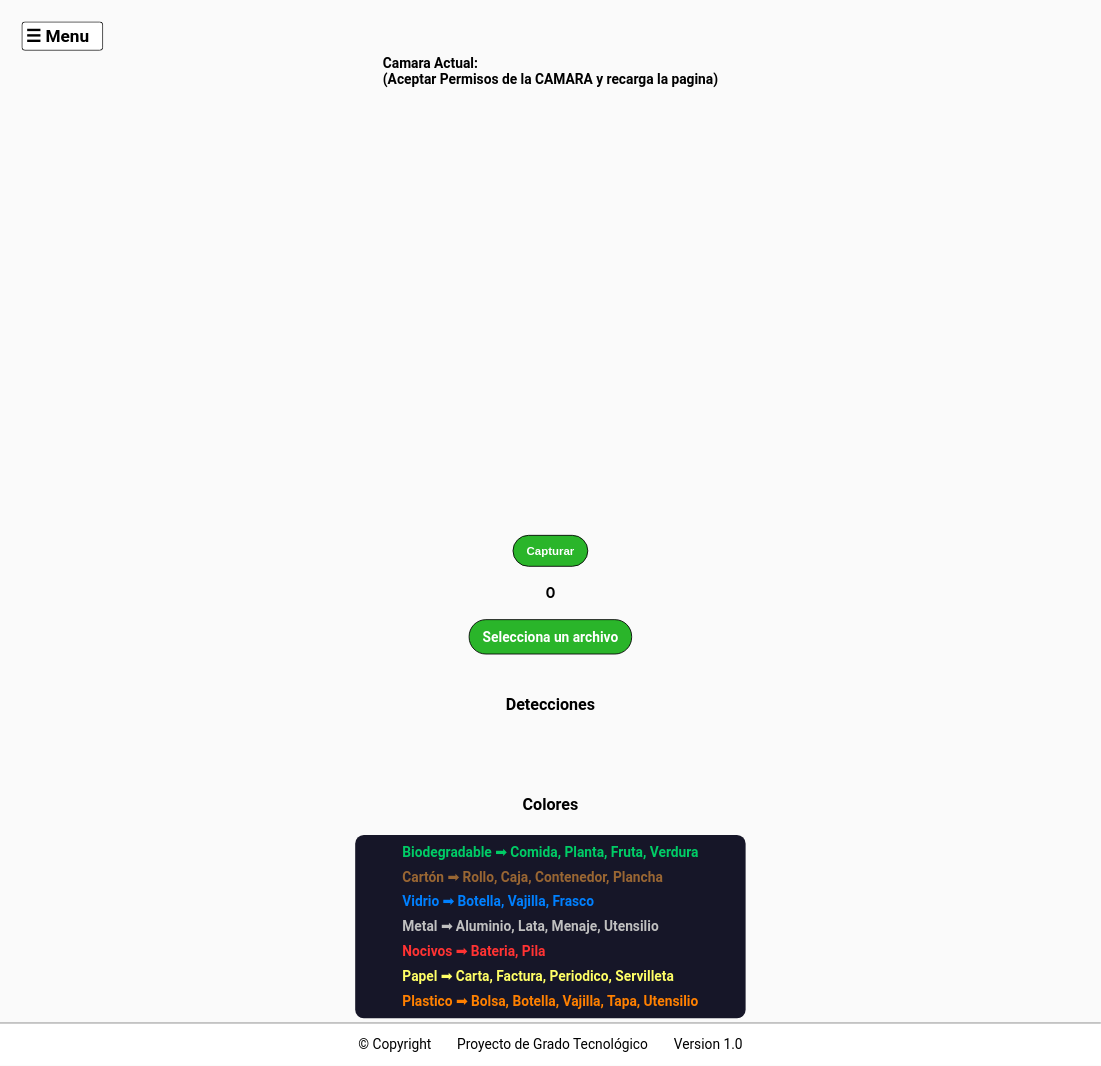
Repository: castecabas/Recicladora
Page: http://localhost/model
These files come from the project's save history. The page is drawn as it stood at one moment and after the next save; the edit follows.
The browser window is 1280 px wide. The pictures show the whole page, at 86% of full size.
Pictures or frames that could not be fetched are drawn as grey boxes. The page is served by the project's application, run on Flask 3 (src/index.py). Other server files are loaded and not shown.

Above is the page before, as saved 2024-12-28 13:27:57.

### src/templates/model.html
<!DOCTYPE html>
<html lang="en">

<head>
    <meta charset="UTF-8">
    <meta name="viewport" content="width=device-width, initial-scale=1.0">
    <title>Clasificador</title>
    <link rel="stylesheet" href="{{ url_for('static', filename='css/model.css') }}">
    <link rel="shortcut icon" href="https://i.postimg.cc/gk7MpWkm/logo.webp" />
</head>

<body>
    <span class="btn_openmenu" onclick="openNav()">&#9776; Menu</span><br><br>
    <nav class="aside" id="aside">
        <div class="overlay"></div>
        <img class="aside_logo" src="https://i.postimg.cc/gk7MpWkm/logo.webp" alt="Logo de la Empresa">
        <h1 style="text-decoration: underline;">Opciones</h1>

        <label for="confidenceThreshold">
            <span class="tooltip-container">
                <img class="logo_x"
                    src="https://images.vexels.com/media/users/3/152347/isolated/preview/27304b9b14ce9bd8a28ca637ed92070e-icono-de-signo-de-interrogacion-de-circulo-azul.png"
                    alt="Simbolo de Ayuda">
                <span class="tooltip-text">Es la probabilidad que determina en las predicciones,si es alto es más
                    confiable, aunque puede omitir objetos al no cumplir dicho porcentaje. Si es bajo, será menos
                    confiable, pero detectará aún más.</span>
            </span>
            Umbral de Confianza:
        </label>
        <input type="range" id="confidenceThreshold" min="0.1" max="0.9" step="0.01" value="0.5">
        <span id="confidenceValue" style="color: white;">0.5</span>

        <label for="SwitchCamera">Camara</label>
        <button id="switchCameraBtn">Cambiar de dispositivo</button>
        </a>
        <label class="nav-link-aside" for="darkModeToggle"><input type="checkbox" class="btn_darkmode"
                id="darkModeToggle" hidden>
            Modo Oscuro</label>
        <br>
        <a href="javascript:void(0)" class="closebtn" onclick="closeNav()">Cerrar Menú</a>
        <a href="{{ url_for('index') }}" class="nav-link">Ir a Inicio</a>
    </nav>

    <div class="container">
        <main>
            <div>
                <div>
                    <p>Camara Actual: <span id="currentCamera"></span><br>
                        (Aceptar Permisos de la CAMARA y recarga la pagina)</p>
                    <video id="video" width="640" height="480" autoplay></video><br>
                    <button id="captureBtn">Capturar</button>
                    <p>O</p>
                    <input type="file" id="fileInput" hidden accept="image/*,video/*">
                    <label for="fileInput" id="fileinputlabel">Selecciona un archivo</label>
                </div>
                <br>
                <img id="resultImage">
            </div>
            <canvas id="canvas" width="640" height="480" style="display:none;"></canvas>
            <div>
                <h3>Detecciones</h3>
                <ul id="detectionsList"></ul>
            </div>
            <div class="colors">
                <h3>Colores</h3>
                <ul>
                    <li class="bio">Biodegradable &#10143; Comida, Planta, Fruta, Verdura</li>
                    <li class="cardb">Cartón &#10143; Rollo, Caja, Contenedor, Plancha</li>
                    <li class="glass">Vidrio &#10143; Botella, Vajilla, Frasco</li>
                    <li class="metal">Metal &#10143; Aluminio, Lata, Menaje, Utensilio</li>
                    <li class="noxios">Nocivos &#10143; Bateria, Pila</li>
                    <li class="paper">Papel &#10143; Carta, Factura, Periodico, Servilleta</li>
                    <li class="plastic">Plastico &#10143; Bolsa, Botella, Vajilla, Tapa, Utensilio</li>
                </ul>
            </div>
        </main>
        {% include 'components/footer.html' %}
    </div>
    <script src="{{ url_for('static', filename='js/model.js') }}"></script>
    <script src="{{ url_for('static', filename='js/dark_mode.js') }}"></script>
</body>

</html>

### src/templates/components/footer.html
<footer class="footer">
    <style>
        .footer {
            width: 100%;
            background-color: white;
            text-align: center;
            padding: 15px;
            box-sizing: border-box;
            position: relative;
            bottom: 0;
            font-family: 'Roboto', sans-serif;
            border-top: 1px solid gray;
            margin-top: auto;
        }

        .footer ul {
            list-style: none;
            padding: 0;
            margin: 0;
            display: flex;
            flex-direction: column;
            align-items: center;
        }

        .footer ul li {
            text-decoration: none;
            margin: 5px 0;
        }

        @media (min-width: 600px) {
            .footer ul {
                flex-direction: row;
                justify-content: center;
            }

            .footer ul li {
                margin: 0 15px;
            }
        }

        /* MODO OSCURO */
        body.dark-mode footer{
            background: rgb(29, 0, 28);
            background: linear-gradient(90deg, rgba(29, 0, 28, 1) 0%, rgba(11, 0, 34, 1) 8%, rgba(0, 0, 22, 1) 100%);
            border-top: 1px solid #686868;
            transition: all 0.3s ease-in;
        }

        body.dark-mode footer li{
            color: white;
        }
    </style>

    <ul>
        <li>© Copyright</li>
        <li>Proyecto de Grado Tecnológico</li>
        <li>Version 1.0</li>
    </ul>

</footer>

### src/index.py
from flask import Flask, render_template, Response, request, jsonify
from yolo_model import YOLOModel
from camera import Camera
import cv2
import numpy as np
import base64

app = Flask(__name__)

yolo_model = YOLOModel('src/model/best.pt')
camera = Camera()

# RUTAS
@app.route('/')
@app.route('/home')
@app.route('/index')
def index():
    return render_template('index.html')

@app.route('/about')
def about():
    return render_template('about.html')

@app.route('/learn')
def learn():
    return render_template('learn.html')

@app.route('/model')
def model():
    return render_template('model.html')

@app.route('/news')
def news():
    return render_template('news.html')

@app.route('/recycle')
def recycle():
    return render_template('recycle.html')

# FUNCIONES

    #NOTE: obtener las camaras
@app.route('/get_cameras')
def get_cameras():
    return jsonify(camera.get_camera_list())

    #NOTE: cambiar camara
@app.route('/switch_camera/<int:camera_id>')
def switch_camera(camera_id):
    camera.select_camera(camera_id)
    return "OK"

    #NOTE: detectar dicha imagen
@app.route('/detect', methods=['POST'])
def detect():
    try:
        if 'file' not in request.files:
            return jsonify({'error': 'No file part'}), 400

        file = request.files['file']
        confidence = float(request.form.get('confidence', 0.25))

        # Lee la imagen del archivo
        npimg = np.fromfile(file, np.uint8)
        img = cv2.imdecode(npimg, cv2.IMREAD_COLOR)

        # Detecta objetos usando el modelo YOLO
        results = yolo_model.detect(img, conf_threshold=confidence)
        if results is None:
            return jsonify({'error': 'No detections returned from model'}), 500

        # Dibuja los cuadros de detección en la imagen
        processed_img = yolo_model.draw_boxes(img, results)

        # Codifica la imagen procesada en base64 para enviar al cliente
        _, buffer = cv2.imencode('.jpg', processed_img)
        img_base64 = base64.b64encode(buffer).decode('utf-8')

        return jsonify({
            'image': f'data:[embedded picture, 35 characters]',
            'detections': results
        })
    except Exception as e:
        print(f"Error during detection: {e}")
        return jsonify({'error': str(e)}), 500

# EJECUCION
if __name__ == '__main__':
    app.run(debug=True)

### src/static/css/model.css
html,
body {

    margin: 0;
    padding: 0;
    font-family: 'Roboto', sans-serif;
    background-color: #fafafa;
    display: flex;
    flex-direction: column;
    min-height: 100vh;
    transition: all 0.5s ease;
}

main {
    max-height: auto;
}

.btn_openmenu {
    font-size: 20px;
    cursor: pointer;
    position: fixed;
    background-color: white;
    border-radius: 4px;
    border: 1px solid black;
    margin: 25px;
    padding: 4px;
    padding-right: 15px;
    z-index: 100;
    font-weight: 600;
}

.btn_openmenu:hover {
    background-color: rgb(209, 209, 209);
}

.container {
    display: flex;
    flex-direction: column;
    min-height: 100vh;
    width: 100%;
    /* Asegura que ocupe todo el ancho */
    align-items: center;
    margin: 0;
    box-sizing: border-box;
}

main div {
    display: flex;
    flex-direction: column;
    align-items: center;
    justify-content: center;
    flex-grow: 1;
    width: 100%;
    max-width: 800px;
    box-sizing: border-box;
}

main div * {
    padding: 5px;
}

main div p {
    font-weight: bold;
}

main div #video {
    border-radius: 20px;
    max-width: 640px;
    width: 100%;
    max-height: 700px;
    aspect-ratio: 4/3;
    padding: 0;
}

main div #resultImage {
    border-radius: 20px;
    max-width: 640px;
    width: 100%;
    max-height: 740px;
    padding: 0;
    border: 0px;
    box-shadow: 10px 10px 15px rgba(0, 0, 0, 0.5);
}

@media(max-width:638px) {
    main div #resultImage {
        border-radius: 0;
        box-shadow: none;
    }

}

main div #captureBtn,
main div #fileinputlabel {
    border-radius: 20px;
    background-color: #2AB52A;
    color: white;
    font-weight: bold;
    padding: 10px 15px 10px 15px;
    border: 1px solid black;
}

main div #captureBtn:hover,
main div #fileInput:hover {
    background-color: #219121;
}

main div ul#detectionsList {
    overflow-y: auto;
    max-height: 200px;
    width: 90vw;
    max-width: 634px;

}

main div ul#detectionsList li {
    font-size: large;
}


.aside {
    background: url(https://i.postimg.cc/8kbKKzK0/model-aside.webp);
    background-repeat: no-repeat;
    background-size: cover;
    height: 100%;
    width: 0;
    position: fixed;
    z-index: 100;
    top: 0;
    left: 0;
    background-color: #111;
    overflow-x: hidden;
    transition: 0.5s;
    justify-content: center;
    color: white;
    display: flex;
    flex-direction: column;
    text-align: center;
    align-items: center;
}

.aside * {
    margin: 5px 20px 5px 20px;
    font-weight: bold;
    z-index: 102;
    padding: 8px;
    color: #31ca31;
}

.aside .overlay {
    position: absolute;
    margin: 0;
    top: 0;
    left: 0;
    right: 0;
    bottom: 0;
    background-color: rgba(0, 0, 0, 0.55);
    z-index: 101;
}

.aside img.aside_logo {
    aspect-ratio: 1/1;
    max-width: 100px;
}

@media(max-height:850px) {
    .aside img.aside_logo {
        display: none;
    }
}


.aside h1 {
    color: #2AB52A;

}

.aside .closebtn {
    text-decoration: none;
    color: white;
    border-radius: 4px;
    background-color: #206BCE;
    padding: 10px 15px 10px 15px;
    border: 1px solid black;
    width: 134px;
}

.aside .closebtn:hover {
    background-color: #1a58a8;
}

.aside .logo_x {
    position: relative;
    padding-left: 0px;
    margin: 0px;
    aspect-ratio: 1/1;
    height: 20px;
    cursor: pointer;
}


/* Estilos del contenedor del tooltip */
.tooltip-container {
    position: relative;
    display: inline-block;
    padding: 0;
    margin: 0;
}

/* Ocultar el tooltip por defecto */
.tooltip-text {
    opacity: 0;
    /* Oculto por defecto */
    width: 135px;
    background-color: #2ea664;
    color: #f5f6fc;
    text-align: center;
    font-size: small;
    padding: 5px;
    border-radius: 5px;
    position: absolute;
    top: -120px;
    /* Ajusta la posición para que esté sobre la imagen */
    left: 50%;
    transform: translateX(-25%);
    transition: opacity 0.3s ease-in-out;

    /* Transición suave */
    z-index: 9000;
}

/* Flecha del tooltip */
.tooltip-text::after {
    content: "";
    position: absolute;
    bottom: -5px;
    /* Flecha debajo del tooltip */
    left: 50%;
    transform: translateX(-50%);
    border-width: 5px;
    border-style: solid;
    border-color: #333 transparent transparent transparent;
}

/* Mostrar el tooltip al pasar el ratón sobre la imagen */
.tooltip-container:active .tooltip-text,
.tooltip-container:hover .tooltip-text {
    opacity: 1;
    animation: hideTooltip 18s forwards;
    /* Inicia la animación para ocultarlo después de 3 segundos */
}

/* Animación para ocultar el tooltip */
@keyframes hideTooltip {
    0% {
        opacity: 1;
    }

    90% {
        opacity: 1;
    }

    100% {
        opacity: 0;
    }
}


.aside #confidenceThreshold {
    accent-color: #2AB52A;
    background-color: white;
}


.aside .colors li {
    list-style: none;
}


.aside #switchCameraBtn {
    border-radius: 4px;
    background-color: #2AB52A;
    color: white;
    border: 1px solid black;
}

.aside #switchCameraBtn:hover {
    background-color: #219121;
}

.aside .nav-link,
.aside .nav-link-aside {
    text-decoration: none;
    color: white;
    background-color: #206BCE;
    border-radius: 4px;
    max-width: 75vw;
    padding: 10px 15px 10px 15px;
    border: 1px solid black;
    width: 134px;
    font-size: large;
}

.aside .nav-link:hover {
    background-color: #1a58a8;
}

.aside .nav-link-aside {
    background-color: #31ca31;
    font-size: small;
}

.aside .nav-link-aside:hover {
    background-color: #2AB52A;
    cursor: pointer;
}

label#fileinputlabel:hover {
    cursor: pointer;
    background-color: #2AB52A;
}

body div.colors {


    padding: 5px;

    label {
        font-weight: bold;
    }

    ul {
        margin: 0;
        padding: 5px 50px 5px 50px;
        border-radius: 10px;
        background: rgba(0, 0, 20, 0.911);
        max-width: max-content;
        position: relative;
        justify-content: center;

        li {
            list-style-type: none;
            font-weight: 600;
            line-break: anywhere;

        }
    }


    .bio {
        color: #00cc66;
    }

    .cardb {
        color: #996633;
    }

    .glass {
        color: #0080ff;
    }

    .metal {
        color: #c0c0c0;
    }

    .noxios {
        color: #ff3333;
    }

    .paper {
        color: #ffff66;
    }

    .plastic {
        color: #ff8000;
    }
}


/* MODO OSCURO */

body.dark-mode {
    background-color: #000014;
}

body.dark-mode #video {
    border: 1px outset white;
}

body.dark-mode .container p,
body.dark-mode .container h3 {
    color: white;
}

body.dark-mode .container p,
body.dark-mode .container ul#detectionsList li {
    color: white;
}

body.dark-mode div.colors ul{
    border: 1px solid white;
    border-radius: 10px;
}

### src/static/js/dark_mode.js
document.addEventListener("DOMContentLoaded", () => {
    const toggle = document.getElementById("darkModeToggle");
    const darkModeEnabled = localStorage.getItem("darkMode") === "enabled";

    if (darkModeEnabled) {
        document.body.classList.add("dark-mode");
        toggle.checked = true;
    }

    toggle.addEventListener("change", () => {
        if (toggle.checked) {
            document.body.classList.add("dark-mode");
            localStorage.setItem("darkMode", "enabled");
        } else {
            document.body.classList.remove("dark-mode");
            localStorage.setItem("darkMode", "disabled");
        }
    });
});

Loaded but not shown: src/static/js/model.js (135 lines, source omitted)

After the next save:
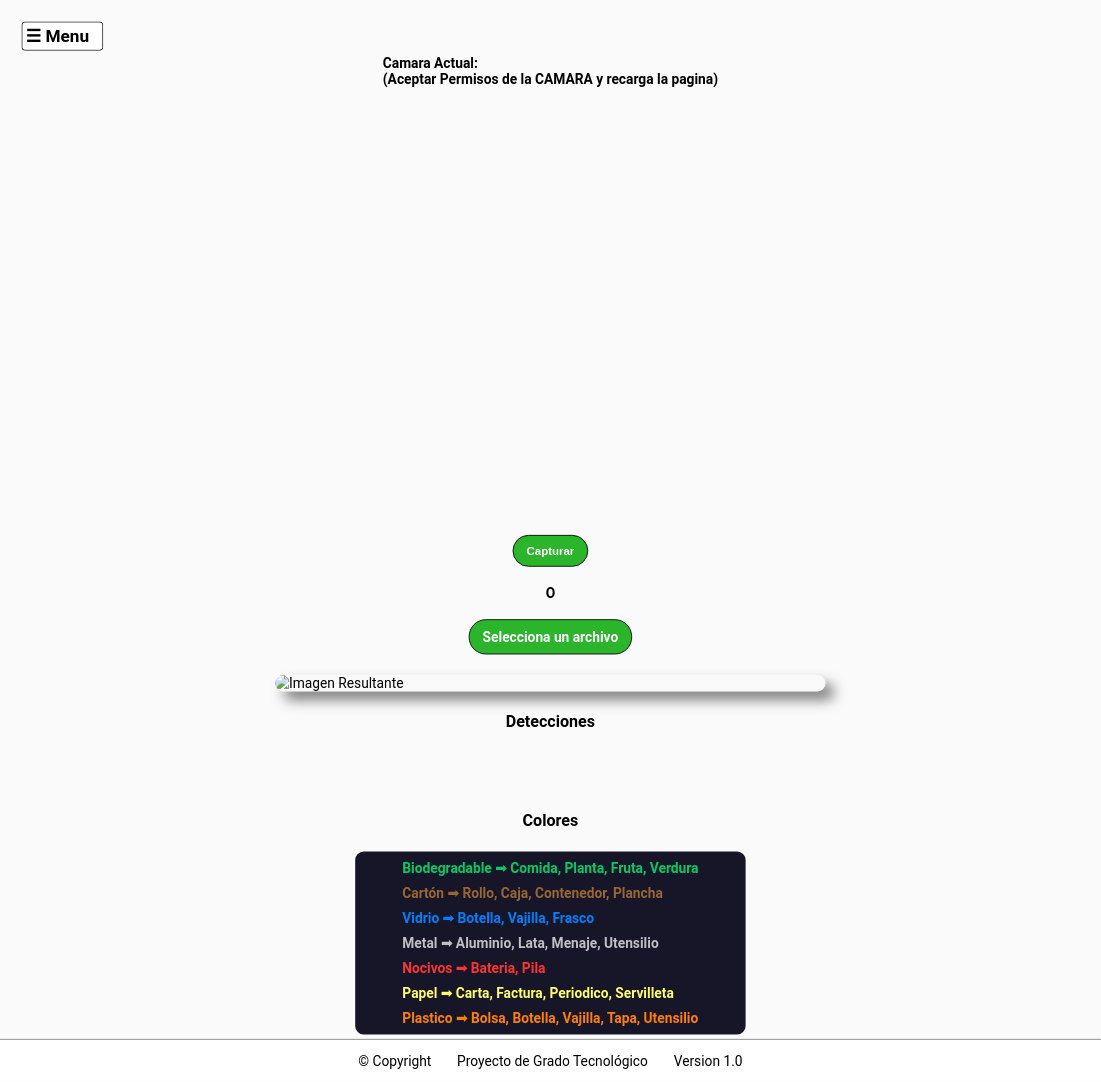
Saved 115 s later.
--- a/src/templates/model.html
+++ b/src/templates/model.html
@@ -54,7 +54,7 @@
                     <label for="fileInput" id="fileinputlabel">Selecciona un archivo</label>
                 </div>
                 <br>
-                <img id="resultImage">
+                <img id="resultImage" alt="Imagen Resultante">
             </div>
             <canvas id="canvas" width="640" height="480" style="display:none;"></canvas>
             <div>

After the save that followed:
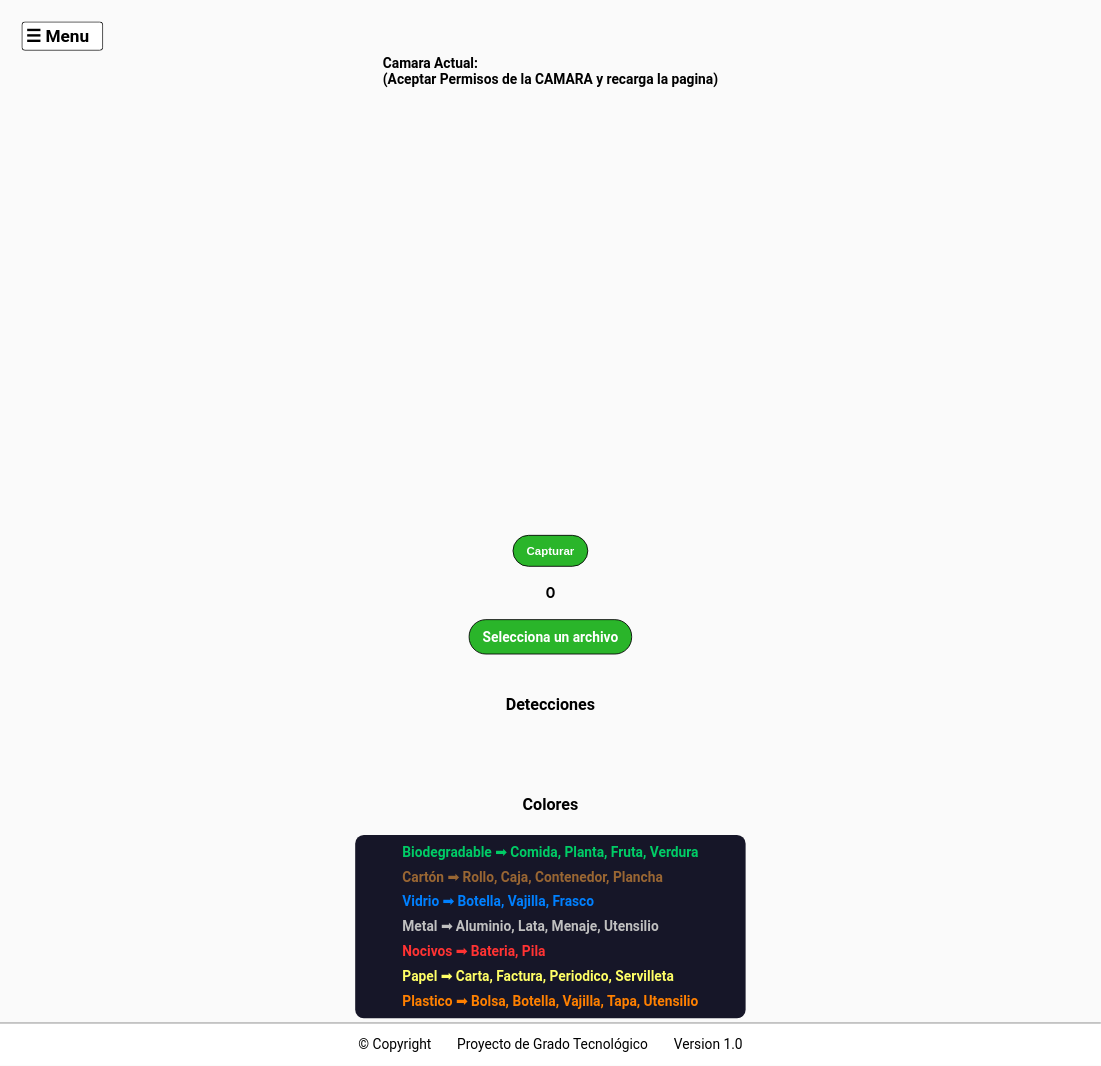
Saved 42 s later.
--- a/src/templates/model.html
+++ b/src/templates/model.html
@@ -54,7 +54,7 @@
                     <label for="fileInput" id="fileinputlabel">Selecciona un archivo</label>
                 </div>
                 <br>
-                <img id="resultImage" alt="Imagen Resultante">
+                <img id="resultImage" alt="">
             </div>
             <canvas id="canvas" width="640" height="480" style="display:none;"></canvas>
             <div>
